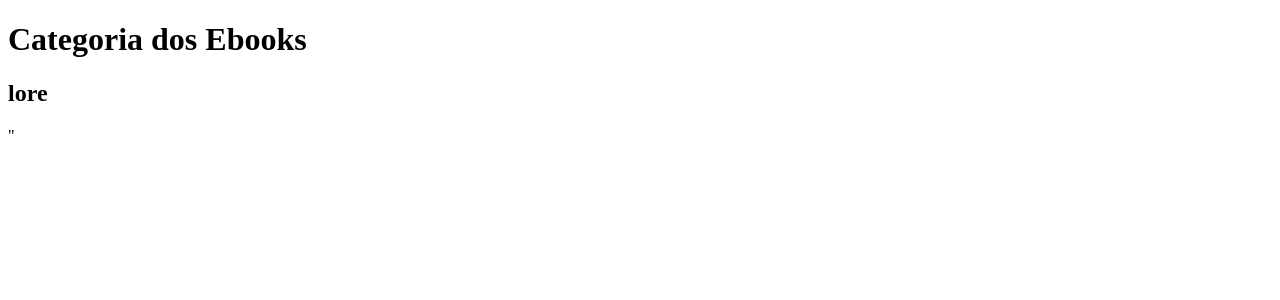
Repository: monfredo18/E-book
Page: Conteúdo.html
These files come from the project's save history. The page is drawn as it stood at one moment and after a run of saves; the edit follows.
The browser window is 1280 px wide. The pictures show the whole page.

Above is the page before, as saved 2025-09-04 17:45:41.

After the next 4 saves:
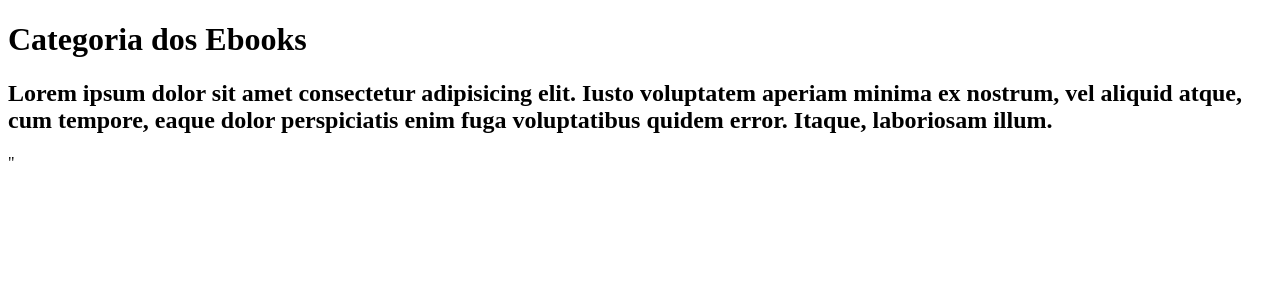
The 4 saves are shown as one change because they came seconds apart.
The last was saved 10 s later.
--- a/Conteúdo.html
+++ b/Conteúdo.html
@@ -11,8 +11,7 @@
             <h1>Categoria dos Ebooks</h1>
         </header>
         <article>
-            <h2>lore
-
+            <h2>Lorem ipsum dolor sit amet consectetur adipisicing elit. Iusto voluptatem aperiam minima ex nostrum, vel aliquid atque, cum tempore, eaque dolor perspiciatis enim fuga voluptatibus quidem error. Itaque, laboriosam illum.
             </h2>
         </article>
     </main>
